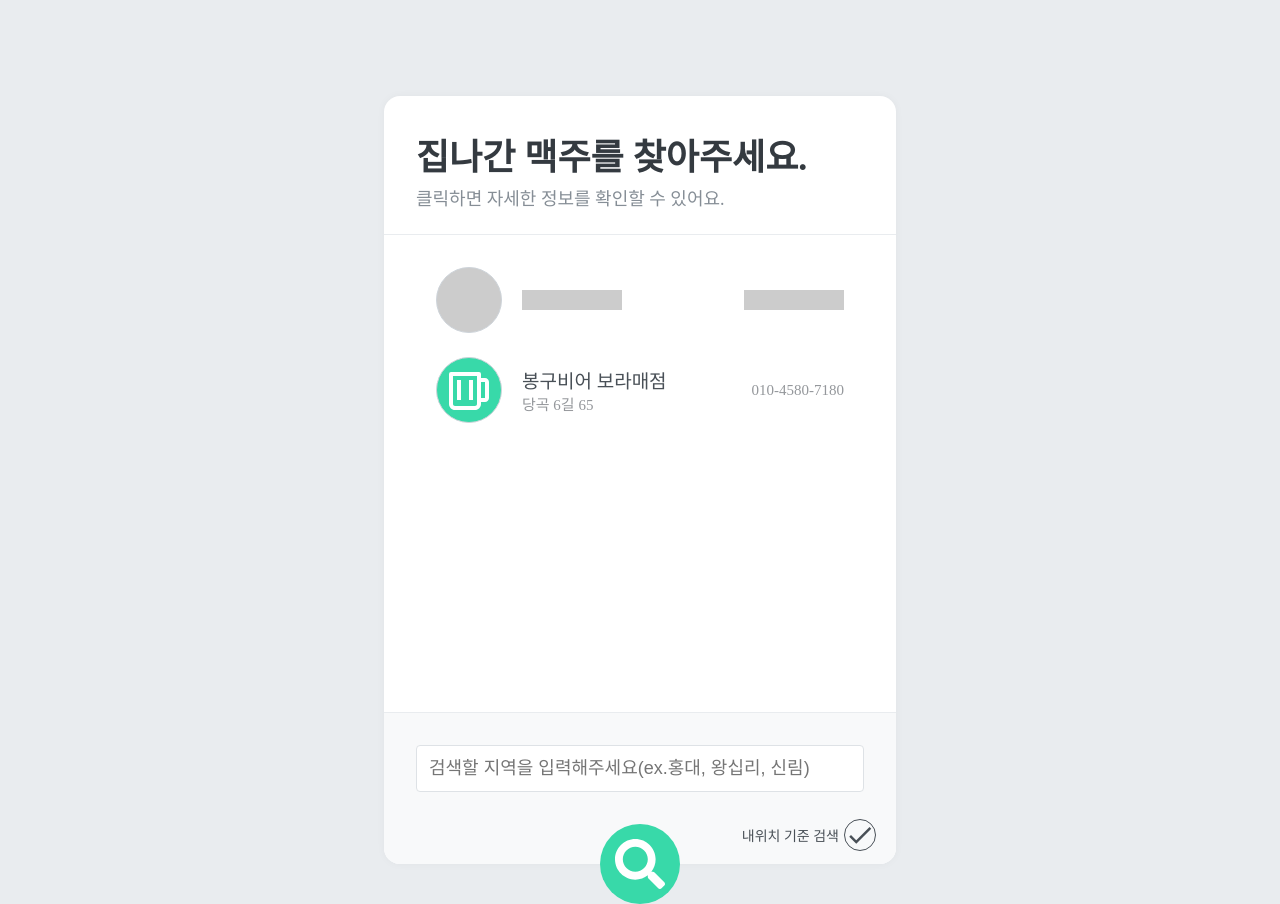
Repository: THE-SOPT-WEB/kimNamjun
Page: / (app in week4/bring-my-beer/)
An editor plug-in stored every save of this project. The page is shown before and after the next save, followed by the edit.
The browser window is 1280 px wide. The pictures show the whole page.
The project was rebuilt for these pictures with package versions that can differ from the ones it lists, and the page was loaded fresh each time.

Above is the page before, as saved 2022-05-13 03:24:07.

After the next save:
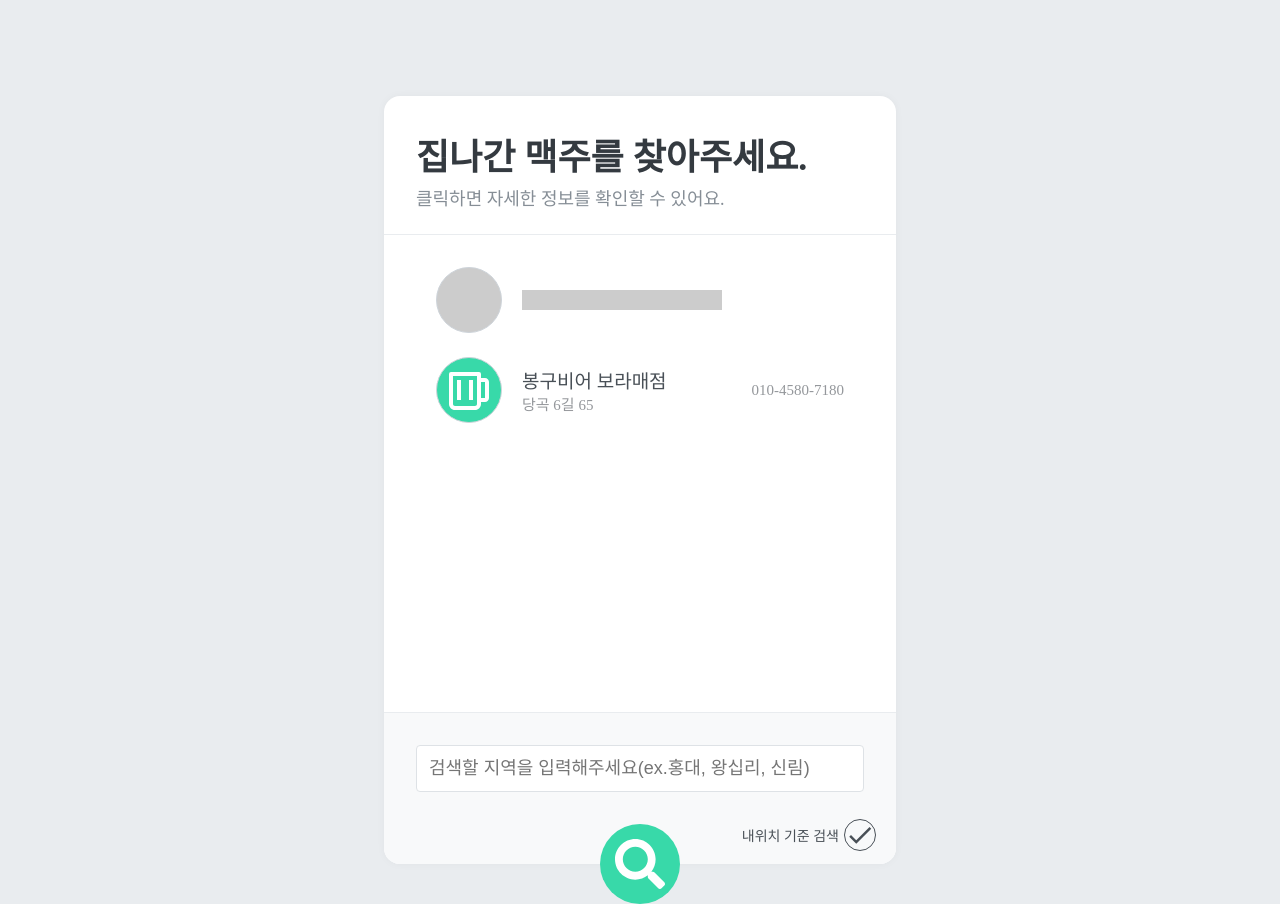
Saved 9 s later.
--- a/week4/bring-my-beer/src/components/SkeletonItem.jsx
+++ b/week4/bring-my-beer/src/components/SkeletonItem.jsx
@@ -24,9 +24,9 @@ const Icon = styled.div`
 `;
 
 const Title = styled.div`
-  flex: 1;
-  font-size: 19px;
-  color: #ccc;
+  width: 100px;
+  height:20px;
+  background-color: #ccc;
 `;
 
 const Adress = styled.div`
